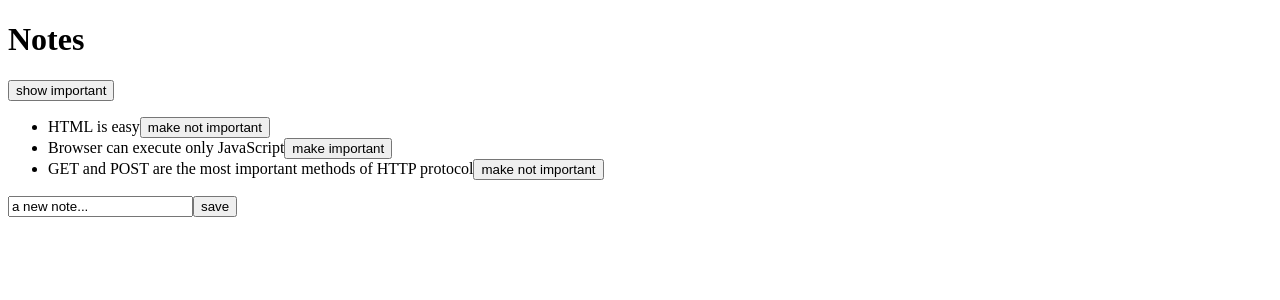
Repository: LordThiouk/part1
Page: /
An editor plug-in stored every save of this project. The page is shown before and after the next save, followed by the edit.
The browser window is 1280 px wide. The pictures show the whole page.
The project was rebuilt for these pictures with package versions that can differ from the ones it lists, and the page was loaded fresh each time. Requests to the local data server were answered from the project's data file. Also part of the build but not shown: vite.config.js.

Above is the page before, as saved 2023-09-23 08:44:34.

After the next save:
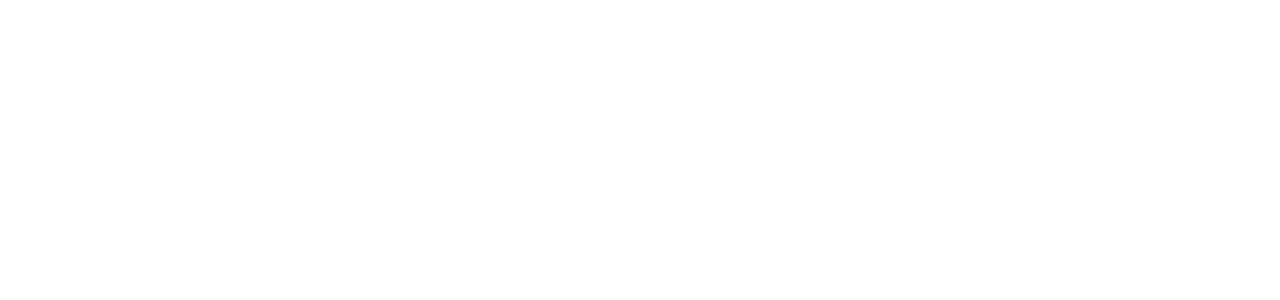
Console error: TypeError: notesToShow.map is not a function
Saved 10 min 27 s later.
--- a/src/App.jsx
+++ b/src/App.jsx
@@ -1,5 +1,4 @@
 import { useState, useEffect } from 'react'
-import axios from 'axios'
 import Note from './components/Note'
 import noteService from './services/notes'
   const App = () => {
@@ -11,8 +10,8 @@
   useEffect(() => {
     noteService
       .getAll()
-      .then(response => {
-        setNotes(response.data)
+      .then(initialNotes => {
+        setNotes(initialNotes)
       })
   }, [])
   console.log('render', notes.length, 'notes')
@@ -28,9 +27,8 @@
     }
     noteService
       .create(noteObject)
-      .then(response => {
-        setNotes(notes.concat(response.data))
-        setNewNote('')
+      .then(returnedNote => {
+        setNotes(notes.concat(returnedNote))
       })
 
   }
@@ -45,8 +43,8 @@
 
     noteService
       .update(id, changedNote)
-      .then(response => {
-        setNotes(notes.map(note => note.id !== id ? note : response.data))
+      .then(returnedNote => {
+        setNotes(notes.map(note => note.id !== id ? note : returnedNote))
       })
   }
   return (

After the 2 saves that followed:
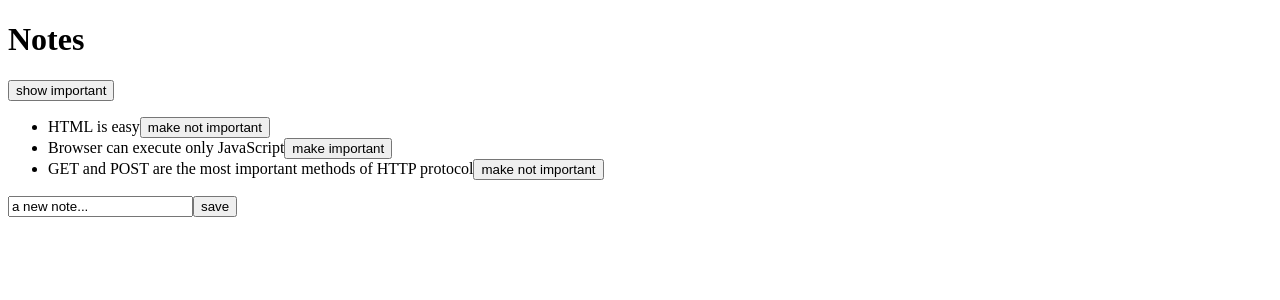
The error is gone.
The 2 saves are shown as one change because 1 left the picture as it was.
The last was saved 9 min 1 s later.
--- a/src/App.jsx
+++ b/src/App.jsx
@@ -10,8 +10,8 @@
   useEffect(() => {
     noteService
       .getAll()
-      .then(initialNotes => {
-        setNotes(initialNotes)
+      .then(response => {
+        setNotes(response.data)
       })
   }, [])
   console.log('render', notes.length, 'notes')
@@ -27,8 +27,9 @@
     }
     noteService
       .create(noteObject)
-      .then(returnedNote => {
-        setNotes(notes.concat(returnedNote))
+      .then(response => {
+        setNotes(notes.concat(response.data))
+        setNewNote('')
       })
 
   }
@@ -43,8 +44,8 @@
 
     noteService
       .update(id, changedNote)
-      .then(returnedNote => {
-        setNotes(notes.map(note => note.id !== id ? note : returnedNote))
+      .then(response => {
+        setNotes(notes.map(note => note.id !== id ? note : response.data))
       })
   }
   return (
--- a/src/services/notes.js
+++ b/src/services/notes.js
@@ -13,8 +13,4 @@
   return axios.put(`${baseUrl}/${id}`, newObject)
 }
 
-export default {
-  getAll: getAll,
-  create: create,
-  update: update
-}
+export default { getAll, create, update }
